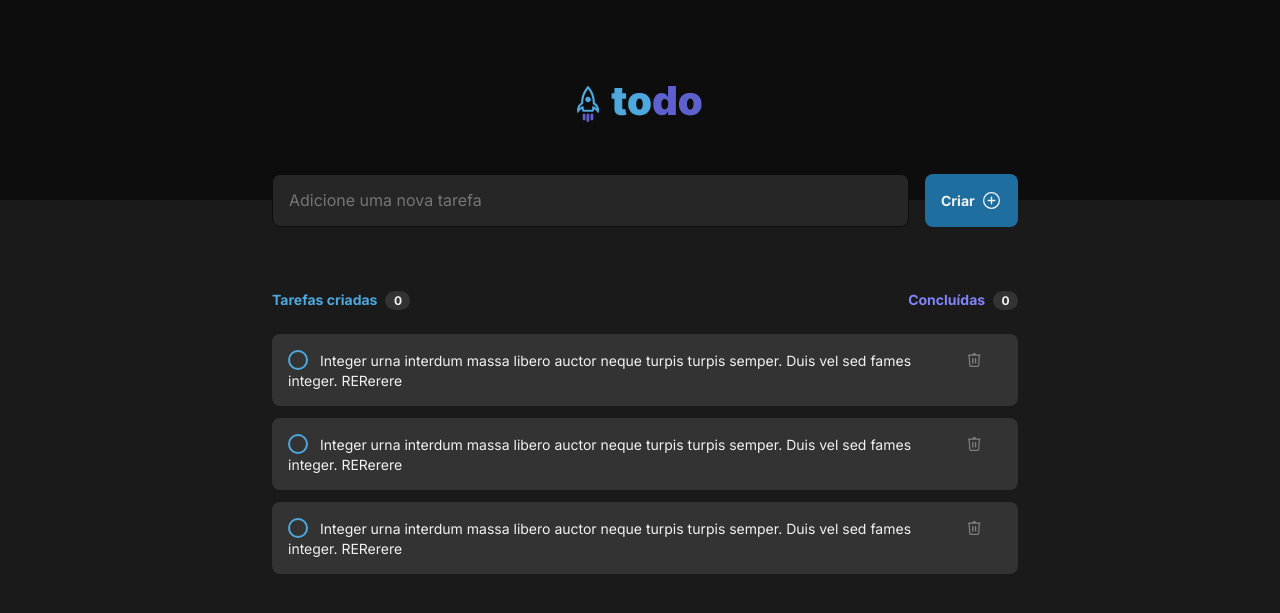
Repository: viniimartins/ToDoListROCKETSEAT
Page: /
These files come from the project's save history. The page is drawn as it stood at one moment and after the next save; the edit follows.
The browser window is 1280 px wide. The pictures show the whole page.
The project was rebuilt for these pictures with package versions that can differ from the ones it lists, and the page was loaded fresh each time. Also part of the build but not shown: vite.config.ts.

Above is the page before, as saved 2023-05-08 14:30:07.

### index.html
<!DOCTYPE html>
<html lang="en">
  <head>
    <meta charset="UTF-8" />

    <link rel="preconnect" href="https://fonts.googleapis.com" />
    <link rel="preconnect" href="https://fonts.gstatic.com" crossorigin />

    <link rel="icon" type="image/svg+xml" href="/vite.svg" />
    <meta name="viewport" content="width=device-width, initial-scale=1.0" />
    <title>Vite + React + TS</title>

    <link
      href="https://fonts.googleapis.com/css2?family=Inter:wght@400;700&display=swap"
      rel="stylesheet"
    />
  </head>
  <body>
    <div id="root"></div>
    <script type="module" src="/src/main.tsx"></script>
  </body>
</html>

### src/App.tsx
import { Header } from "./Components/Header";
import { AddTask } from "./Components/AddTask";
import { Task } from "./Components/Task";

import styles from "./App.module.css";
import "./global.css";

export function App() {
  return (
    <>
      <div>
        <Header />

        <main className={styles.wrapper}>
          <AddTask />

            <Task />
        </main>
      </div>
    </>
  );
}

### src/Components/Header.tsx
import styles from "./Header.module.css";
import Logo from "../assets/Logo.svg";

export function Header() {
  return (
    <>
      <header className={styles.header}>
        <img src={Logo} />
      </header>
    </>
  );
}

### src/Components/AddTask.tsx
import { PlusCircle } from "phosphor-react";
import styles from "./AddTask.module.css";

export function AddTask() {
  return (
    <div className={styles.inputs}>
      <input
        className={styles.inputText}
        type="text"
        placeholder="Adicione uma nova tarefa"
      />
      <button className={styles.Button}>
        <span className={styles.ButtonText}>Criar</span>
        <PlusCircle size={21} />
      </button>
    </div>
  );
}

### src/Components/Task.tsx
import { TaskCreated } from "./TaskCreated";
import { TaskNotCreate } from "./TaskNotCreated";
import styles from "./task.module.css";

export function Task() {
  return (
    <div className={styles.task}>
      <header className={styles.taskHeader}>
        <div className={styles.taskCreated}>
          <p>Tarefas criadas</p>

          <span className={styles.taskCounter}>
            <p>0</p>
          </span>
        </div>

        <div className={styles.taskConcluded}>
          <p>Concluídas</p>

          <span className={styles.taskCounter}>
            <p>0</p>
          </span>
        </div>
      </header>

      <div>
          <TaskCreated />
          <TaskCreated />
          <TaskCreated />

      </div>
    </div>
  );
}

### src/App.module.css
.wrapper {
  max-width: 46rem;
  margin: -1.656rem auto;

  display: grid;
  grid-template-columns: 1fr;
  gap: 4rem;
  align-items: flex-start;

}

### src/global.css
:root {
  --white: #fff;

  --gray-100: #f2f2f2;
  --gray-200: #d9d9d9;
  --gray-300: #808080;
  --gray-400: #333333;
  --gray-500: #262626;
  --gray-600: #1a1a1a;
  --gray-700: #0d0d0d;

  --purble: #8284fa;
  --purbleDark: #5e60ce;

  --blue: #4ea8de;
  --blueDark: #1E6F9F;

  --darger: #e25858;
}

:focus {
  outline: transparent;
  box-shadow: 0 0 0 2px var(--purbleDark);
}

* {
  margin: 0;
  padding: 0;
  box-sizing: border-box;
}

body {
  background: var(--gray-600);
  color: var(--gray-100);
  -webkit-font-smoothing: antialiased;
}

body,
input,
textarea,
button {
  font-family: "Inter", sans-serif;
  font-weight: 400;
  font-size: 1rem;
}

### src/Components/Header.module.css
.header {
  height: 12.5rem;
  background-color: var(--gray-700);
  display: flex;
  justify-content: center;
  align-items: center;
}

.header img {
  width: 7.875rem;
  height: 3rem;
}

### src/Components/AddTask.module.css
.inputs {
  display: flex;
  gap: 1rem;
}

.inputText {
  width: 39.813rem;
  height: 3.313rem;

  border-radius: 0.5rem;
  padding: 1rem;
  border: 1px solid var(--gray-700);
  color: var(--gray-100);

  font-weight: 400;
  font-size: 1rem;
  background-color: var(--gray-500);
}

.Button {
  display: flex;
  align-items: center;

  background-color: var(--blueDark);
  color: var(--gray-100);

  border: none;
  border-radius: 0.5rem;
  padding: 1rem;
  cursor: pointer;
  gap: 0.4rem;


  font-weight: 700;
  font-size: 0.875rem;
}

.Button:hover {
  background: var(--blue);
}

### src/Components/TaskCreated.tsx
import React, { useState } from "react";
import styles from "./TaskCreated.module.css";
import Trash from "../assets/trash.svg";

interface Props {
  label: string;
}

export function TaskCreated({ label }: Props) {
  const [checked, setChecked] = useState(false);

  const handleChange = (event: React.ChangeEvent<HTMLInputElement>) => {
    setChecked(event.target.checked);
  };

  return (
    <div className={styles.taskCreated}>
      <label className={styles.checkbox}>
        <input type="checkbox" checked={checked} onChange={handleChange} />
        <span className={styles.checkmark}></span>
        <span className={styles.label}>
          Integer urna interdum massa libero auctor neque turpis turpis semper.
          Duis vel sed fames integer. RERerere
        </span>
      </label>

      <button>
        <img src={Trash} alt="trash" />
      </button>
    </div>
  );
}

### src/Components/Task.module.css
.taskHeader {
  display: flex;
  justify-content: space-between;

  margin-bottom: 1.5rem;

}

.taskCreated {
  display: flex;
  gap: 0.5rem;
}

.taskCreated p {
  color: var(--blue);
  font-size: 0.875rem;
  font-weight: 700;
}

.taskConcluded {
  display: flex;
  gap: 0.5rem;
}

.taskConcluded p {
  color: var(--purble);
  font-size: 0.875rem;
  font-weight: 700;
}

.taskCounter {
  width: 25px;
  height: 19px;

  display: flex;
  align-items: center;
  justify-content: center;

  padding: 2px 8px;
  border-radius: 999px;

  background-color: var(--gray-400);
}

.taskCounter p {
  font-size: 12px;
  font-weight: 700;
  line-height: 15px;
  background-color: transparent;
  color: inherit;
}

### src/Components/TaskCreated.module.css
.taskCreated {
  display: flex;
  align-items: center;

  background-color: var(--gray-400);
  border-color: 1px solid var(--gray-500);
  height: 4.5rem;
  border-radius: 0.5rem;
  padding: 1rem;
  margin-bottom: 0.75rem;
}

.checkbox {
  display: inline-block;
  position: relative;
  cursor: pointer;
  user-select: none;
}

.checkbox input {
  position: absolute;
  opacity: 0;
  cursor: pointer;
}

.checkmark {
  position: absolute;
  top: 0;
  left: 0;
  height: 20px;
  width: 20px;
  border: 2px solid var(--blue);
  border-radius: 50%;
  background-color: transparent;
}

.checkbox:hover input ~ .checkmark {
  background-color: var(--blueDark);
}

.checkbox input:checked ~ .checkmark {
  background-color: var(--purbleDark);
  border-color: var(--purbleDark);
}

.checkbox input:checked ~ .checkmark:hover {
  background-color: var(--purble);
  border-color: var(--purble);
}

.checkmark::after {
  content: "";
  position: absolute;
  display: none;
}

.checkbox input:checked ~ .checkmark::after {
  display: block;
}

.checkbox .checkmark::after {
  left: 5px;
  top: 1px;
  width: 4px;
  height: 9px;
  border: solid white;
  border-width: 0 1.9px 1.9px 0;
  transform: rotate(45deg);
}

.label {
  margin-left: 2rem;
  font-size: 0.875rem;
}

button {

  border: none;
  background: none;
  padding: 1rem 1rem 2rem 0;
}

Loaded but not shown: src/main.tsx (common file)

After the next save:
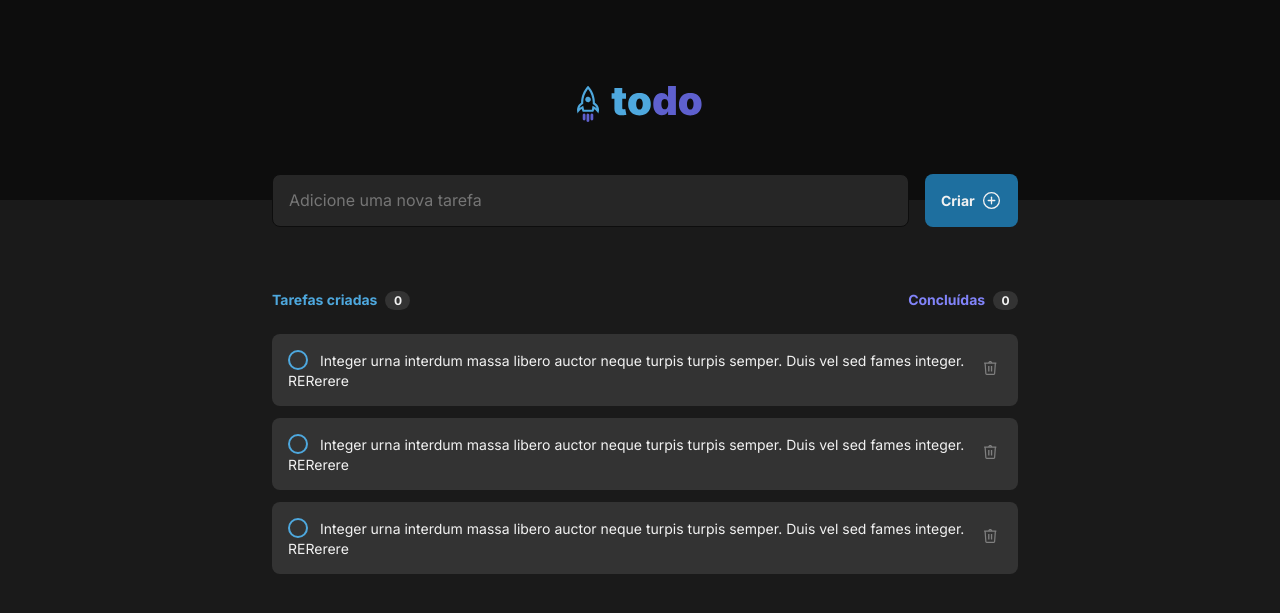
Saved 31 s later.
--- a/src/Components/TaskCreated.module.css
+++ b/src/Components/TaskCreated.module.css
@@ -77,5 +77,4 @@ button {
 
   border: none;
   background: none;
-  padding: 1rem 1rem 2rem 0;
 }
